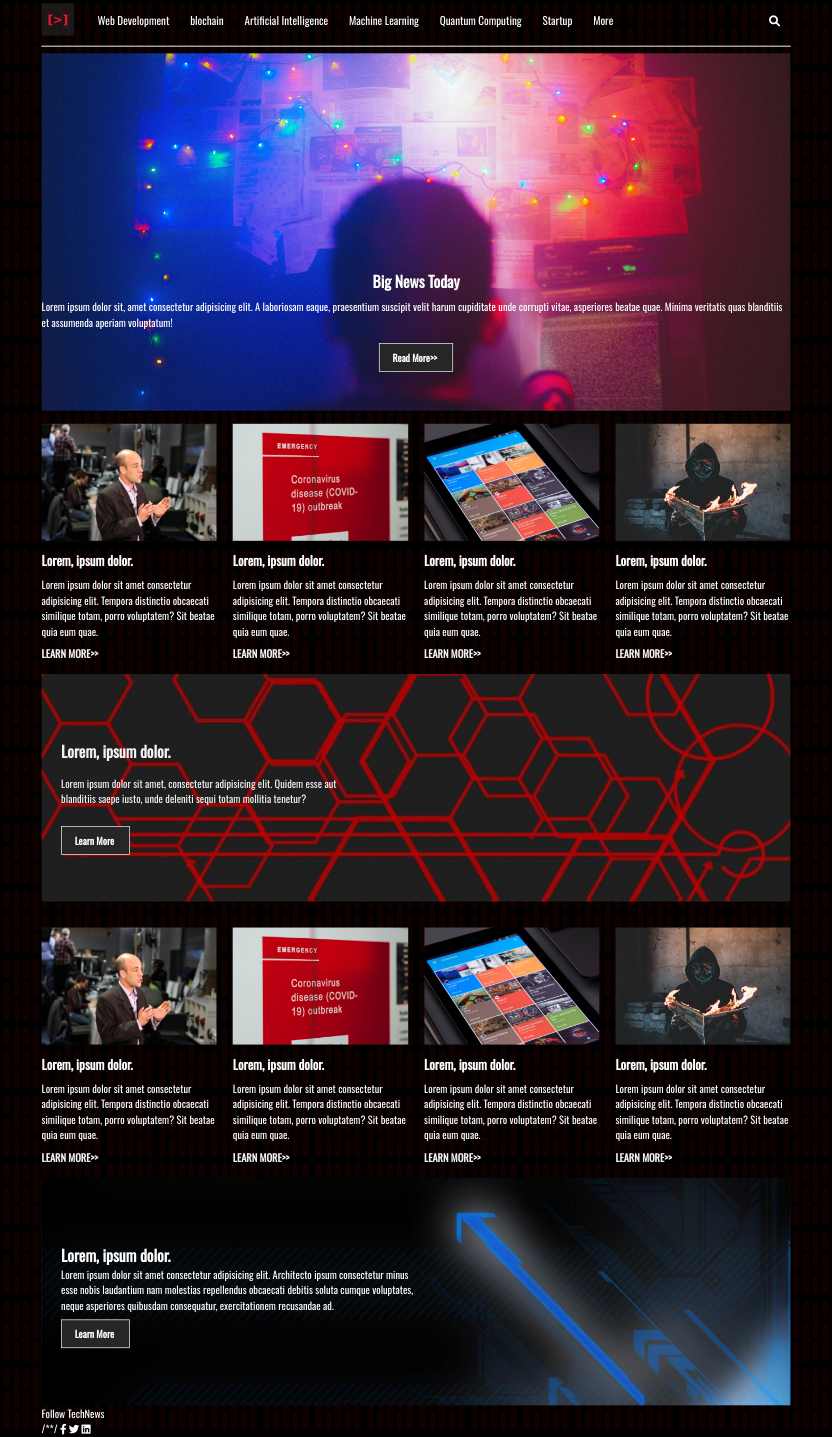
Repository: NickArregoces/News_Web
Page: index.html
An editor plug-in stored every save of this project. The page is shown before and after the next save, followed by the edit.
The browser window is 1280 px wide. The pictures show the whole page, at 65% of full size.

Above is the page before, as saved 2021-12-24 20:07:24.

### index.html
<!DOCTYPE html>
<html lang="en">
<head>
    <meta charset="UTF-8">
    <meta http-equiv="X-UA-Compatible" content="IE=edge">
    <meta name="viewport" content="width=device-width, initial-scale=1.0">
    <title>TechNews</title>
    <!--FONT AWESOME-->
    <link rel="stylesheet" href="https://cdnjs.cloudflare.com/ajax/libs/font-awesome/6.0.0-beta3/css/all.min.css">

    <link rel="stylesheet" href="style.Css">
    <!--Oswald FONTS-->
    <link rel="preconnect" href="https://fonts.googleapis.com">
<link rel="preconnect" href="https://fonts.gstatic.com" crossorigin>
<link href="https://fonts.googleapis.com/css2?family=Oswald:wght@200;300;400&display=swap" rel="stylesheet">
</head>
<body>

    <div class="container">

        <nav class ="nav-main">
            <img src="img/brand.png" alt="" class="nav-brand">

            <ul class="nav-menu">
                <li>
                    <a href="#">Web Development</a>
                </li>
                <li>
                    <a href="#">blochain</a>
                </li>
                <li>
                    <a href="#">Artificial Intelligence</a>
                </li>
                <li>
                    <a href="#">Machine Learning</a>
                </li>
                <li>
                    <a href="#">Quantum Computing</a>
                </li>
                <li>
                    <a href="#">Startup</a>
                </li>
                <li>
                    <a href="#">More</a>
                </li>
            </ul>
            <ul class="nav-menu-right">
                <li>
                    <a href="">
                        <i class="fas fa-search"></i>
                    </a>
                </li>
            </ul>
        </nav>
        <hr> <!--Crea una linea -->


        <!--Showcase=Imagen pricnipal-->
        <header class="showcase">
            <h2>Big News Today</h2>
            <p>Lorem ipsum dolor sit, amet consectetur adipisicing elit. A laboriosam eaque, praesentium suscipit velit harum cupiditate unde corrupti vitae, asperiores beatae quae. Minima veritatis quas blanditiis et assumenda aperiam voluptatum!</p>
        <!--lorem30 te crea 30 palabras-->
            <a class="btn" href="#">Read More>> <i class="fas fa-angles-double-right"></i></a>
        </header>

        <!--NEWS CARDS(COLUMNAS)-->
        <div class="news-cards">
            <div class="">
                <img src="img/news1.jpg" alt="News 1">
                <h3>Lorem, ipsum dolor.</h3>
                <p>Lorem ipsum dolor sit amet consectetur adipisicing elit. Tempora distinctio obcaecati similique totam, porro voluptatem? Sit beatae quia eum quae.</p>
                <a href="">Learn More>><i class="fas fa-amgle-dpuble-right"></i></a>
            </div>
            <div class="">
                <img src="img/news2.jpg" alt="News 2">
                <h3>Lorem, ipsum dolor.</h3>
                <p>Lorem ipsum dolor sit amet consectetur adipisicing elit. Tempora distinctio obcaecati similique totam, porro voluptatem? Sit beatae quia eum quae.</p>
                <a href="">Learn More>><i class fas fa-amgle-dpuble-right></i></a>
            </div>
            <div class="">
                <img src="img/news3.jpg" alt="News 3">
                <h3>Lorem, ipsum dolor.</h3>
                <p>Lorem ipsum dolor sit amet consectetur adipisicing elit. Tempora distinctio obcaecati similique totam, porro voluptatem? Sit beatae quia eum quae.</p>
                <a href="">Learn More>><i class="fas fa-amgle-dpuble-right" ></i></a>
            </div>
            <div class="">
                <img src="img/news4.jpg" alt="News 4">
                <h3>Lorem, ipsum dolor.</h3>
                <p>Lorem ipsum dolor sit amet consectetur adipisicing elit. Tempora distinctio obcaecati similique totam, porro voluptatem? Sit beatae quia eum quae.</p>
                <a href="">Learn More>><i class="fas fa-amgle-dpuble-right"></i></a>
            </div>
        </div>

        <div>

            <section class="cards-banner-one">
                <div class="content">
                    <h2>Lorem, ipsum dolor.</h2>
                    <p>Lorem ipsum dolor sit amet, consectetur adipisicing elit. Quidem esse aut blanditiis saepe iusto, unde deleniti sequi totam mollitia tenetur?</p>
                    <a href="#" class="btn">Learn More <i class="fas fa-amgle-dpuble-right"></i></a>
                </div>

            </section>

            <!--NEWS CARDS(COLUMNAS)-->
        <div class="news-cards">
            <div class="">
                <img src="img/news1.jpg" alt="News 1">
                <h3>Lorem, ipsum dolor.</h3>
                <p>Lorem ipsum dolor sit amet consectetur adipisicing elit. Tempora distinctio obcaecati similique totam, porro voluptatem? Sit beatae quia eum quae.</p>
                <a href="">Learn More>><i class="fas fa-amgle-dpuble-right"></i></a>
            </div>
            <div class="">
                <img src="img/news2.jpg" alt="News 2">
                <h3>Lorem, ipsum dolor.</h3>
                <p>Lorem ipsum dolor sit amet consectetur adipisicing elit. Tempora distinctio obcaecati similique totam, porro voluptatem? Sit beatae quia eum quae.</p>
                <a href="">Learn More>><i class fas fa-amgle-dpuble-right></i></a>
            </div>
            <div class="">
                <img src="img/news3.jpg" alt="News 3">
                <h3>Lorem, ipsum dolor.</h3>
                <p>Lorem ipsum dolor sit amet consectetur adipisicing elit. Tempora distinctio obcaecati similique totam, porro voluptatem? Sit beatae quia eum quae.</p>
                <a href="">Learn More>><i class="fas fa-amgle-dpuble-right" ></i></a>
            </div>
            <div class="">
                <img src="img/news4.jpg" alt="News 4">
                <h3>Lorem, ipsum dolor.</h3>
                <p>Lorem ipsum dolor sit amet consectetur adipisicing elit. Tempora distinctio obcaecati similique totam, porro voluptatem? Sit beatae quia eum quae.</p>
                <a href="">Learn More>><i class="fas fa-amgle-dpuble-right"></i></a>
            </div>
        </div>

        <section class="cards-banner-two">
            <div class="content">
                <h2>Lorem, ipsum dolor.</h2>
                <p>Lorem ipsum dolor sit amet consectetur adipisicing elit. Architecto ipsum consectetur minus esse nobis laudantium nam molestias repellendus obcaecati debitis soluta cumque voluptates, neque asperiores quibusdam consequatur, exercitationem recusandae ad.</p>
                <a href="#" class="btn">Learn More <i class="fas fa-angles-double-right"></i> </a>
            </div>
        </section>

        <section class="social">

                <p> Follow TechNews</p>
                <div class="links">
                    <a href="#">/**/
                        <i class="fab fa-facebook-f"></i>
                    </a>
                <a href="#">
                    <i class="fab fa-twitter"></i>
                </a>
                <a href="#">
                    <i class="fab fa-linkedin"></i>
                </a>

                </div>

        </section>



        </div>

    </div>


</body>
</html>

### style.Css
*{
    box-sizing: border-box;
    margin: 0;
    padding: 0;
}

body{
    background:#000000;
    color:#ffff;
    background-color: #000000;
    background-image: url("data:[embedded picture, 663 characters]");
    color:#1e272e;
    font-size: 16px;
    font-family: 'Oswald', sans-serif;
}

a{
    color: #ffff;
    text-decoration: none;
}

ul{
    list-style: none;
}
.container{
    width: 90%;/*responsive*/
    margin: auto;
    color: #ffff;/*MIO*/
}
/*Navigation*/
.nav-main{
    font-size: 17px;
    display: flex;/*Elememnto al lado de otro*/
    justify-content: space-between;
    align-items: center;
    height: 60px;
    padding: 20px 0px;
}
.nav-brand{
    width: 50px;
}

/*Nav Left*/
.nav-main ul{
    display:flex;
}

.nav-main ul li{
    padding: 10px;
}

.nav-main ul li a{
    padding: 6px;
}

.nav-main ul li a:hover {
    border-bottom: 2px solid #ffffff;
}
.nav-main ul.nav-menu{
    flex:1;
    margin-left: 20px;
}

/*Showcase*/
hr{
    margin:10px 0px;
}
.showcase{
    width: 100%;
    height: 550px;
    /*Arreglar img */
    background: url(/img/showcase2.jpg) no-repeat center center/cover;
    padding-bottom: 50px;
    margin-bottom: 20px;/*Margen interna*/
    display:flex;
    flex-direction: column;
    align-items: center;/*centrar P*/
    justify-content: flex-end; /*p al final*/
}

.btn{
    cursor: pointer;
    display: inline-block;
    border: 0;
    font-weight: bold;
    padding: 10px 20px;
    background: #262626;
    color:#ffffff;
    font-size: 15px;
    border: 1px solid #ffff;
    margin:10px 0px;
}

.btn:hover{
    opacity: 0.7;
}

.showcase h2,
.showcase p{
    margin-bottom: 10px;
}

/*News CARS*/
.news-cards{
    display: grid;
    grid-template-columns: 1fr 1fr 1fr 1fr;/*4 columnas*/
    gap: 25px;/*espaciado card*/
    margin: 10px 0;
}

.news-cards img{
    width:100%;
    height:  180px;
}

.news-cards h3{
    font-size: 20px;
    margin:  10px 0;

}

.news-cards a{
    padding: 10px 0;
    color: #f2f2f2;
    text-transform: uppercase;
    display: inline-block;
    font-weight: bold;
}

.news-cards a:hover{
    text-decoration: underline; /*Line debajo*/
}

/*Cards-banner-one*/

.cards-banner-one {
    width: 100%;
    height: 350px;
    background: url(./img/tech-red.jpg) no-repeat center/cover;;
    margin-bottom: 40px;
}
.cards-banner-one .content{
    width: 40%;
    padding: 90px 0 0 30px;
    color: #f2f2f2;
}

.cards-banner-one p,
.cards-banner-one h2{
    margin: 10px 0 20px 0;
}

/*CARDS BANNER TWO*/

.cards-banner-two{
    background: url(./img/image-five.jpg) no-repeat center/cover;
    width: 100%;
    height: 350px;
}

.cards-banner-two .content{
    width: 50%;
    padding: 100px 0 0 30px;
}

After the next save:
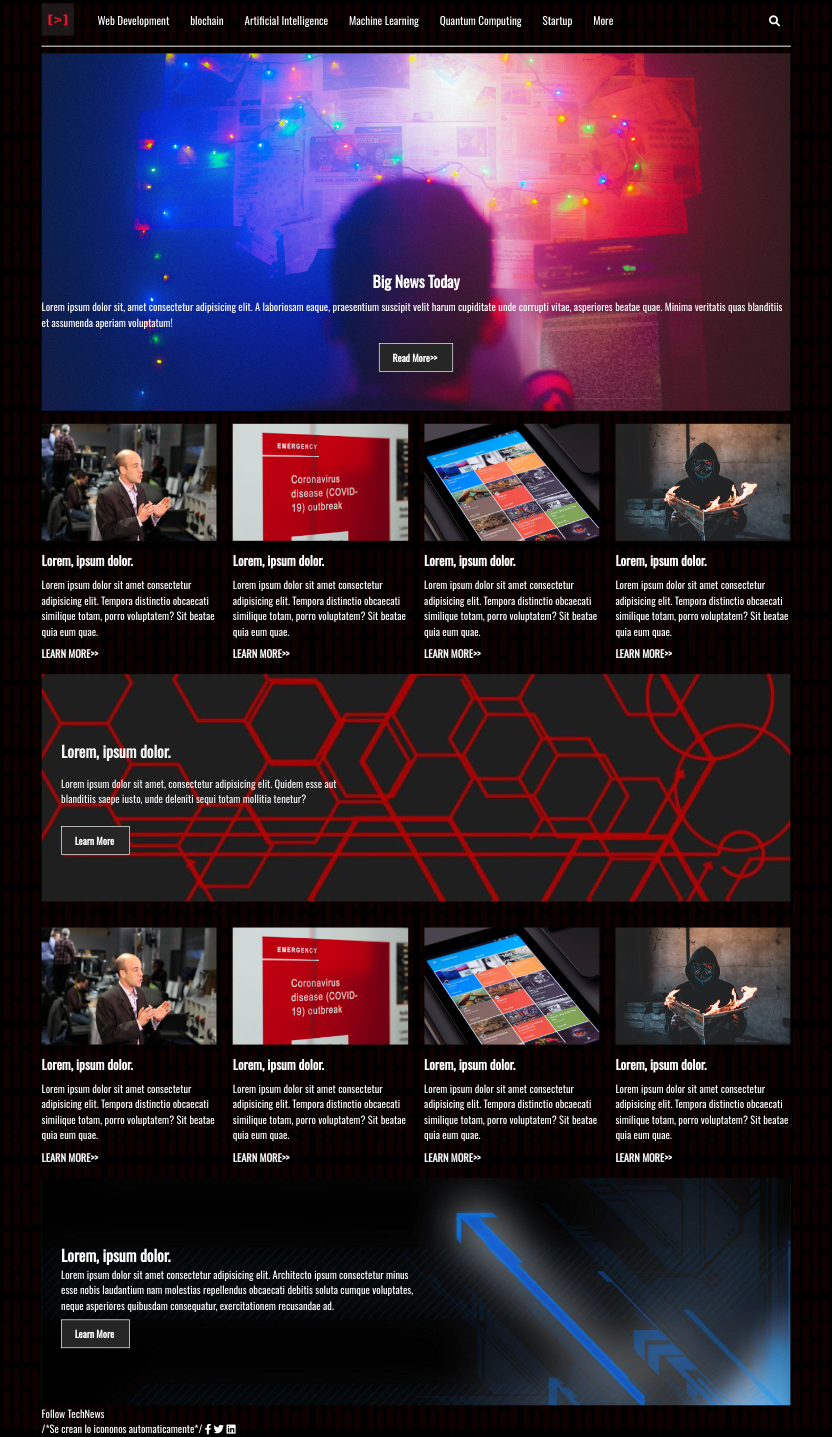
Saved 12 s later.
--- a/index.html
+++ b/index.html
@@ -142,7 +142,7 @@
 
                 <p> Follow TechNews</p>
                 <div class="links">
-                    <a href="#">/**/
+                    <a href="#">/*Se crean lo icononos automaticamente*/
                         <i class="fab fa-facebook-f"></i>
                     </a>
                 <a href="#">
